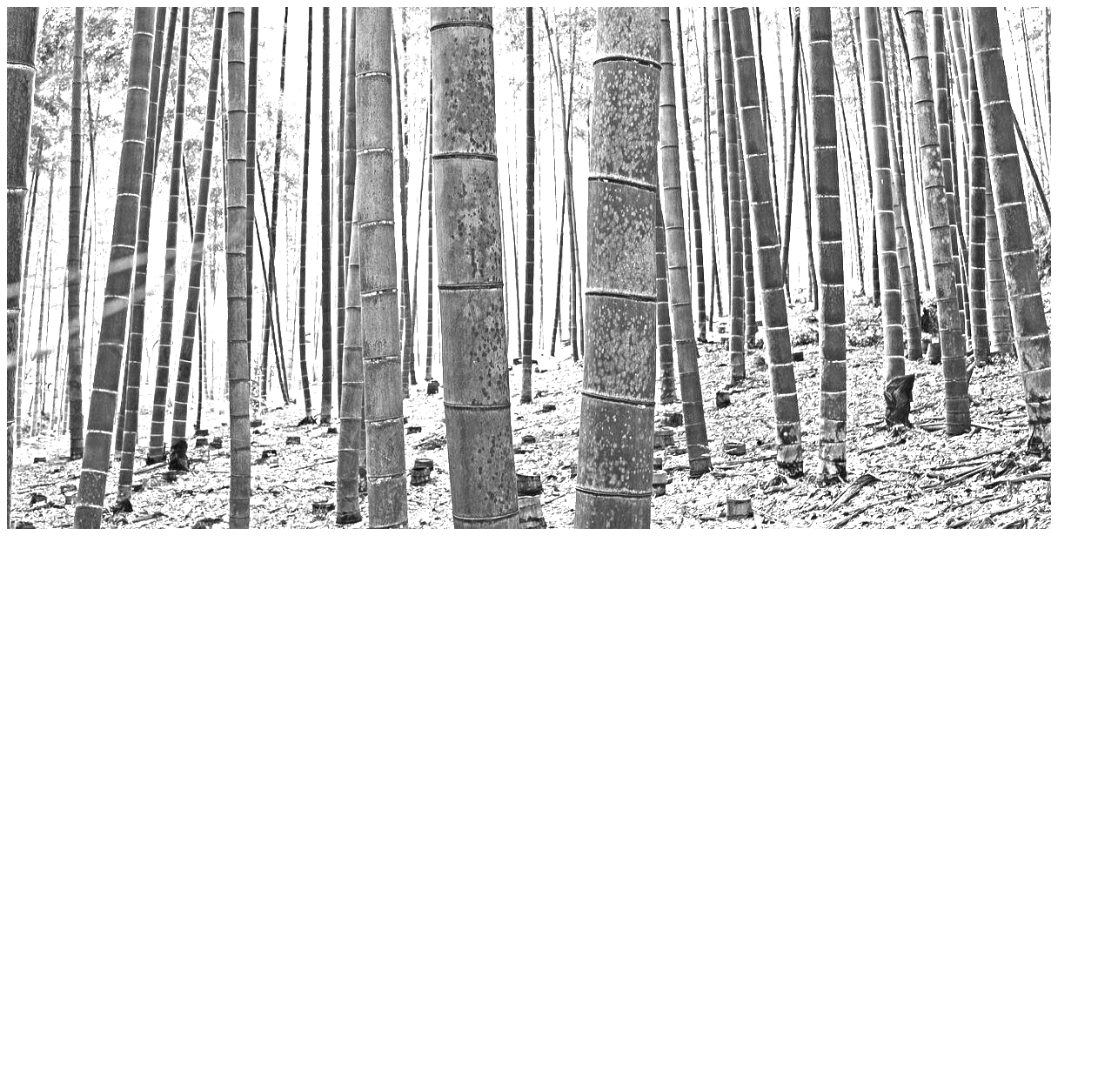
Repository: tanasa-mircea/playground
Page: canvas-filters/index.html
The author's editor kept a copy of each file at every save. The page is drawn from the files as they stood at one save, then again after the next save.
The browser window is 1280 px wide. The pictures show the whole page, at 87% of full size.

Above is the page before, as saved 2019-02-08 11:25:20.

After the next save:
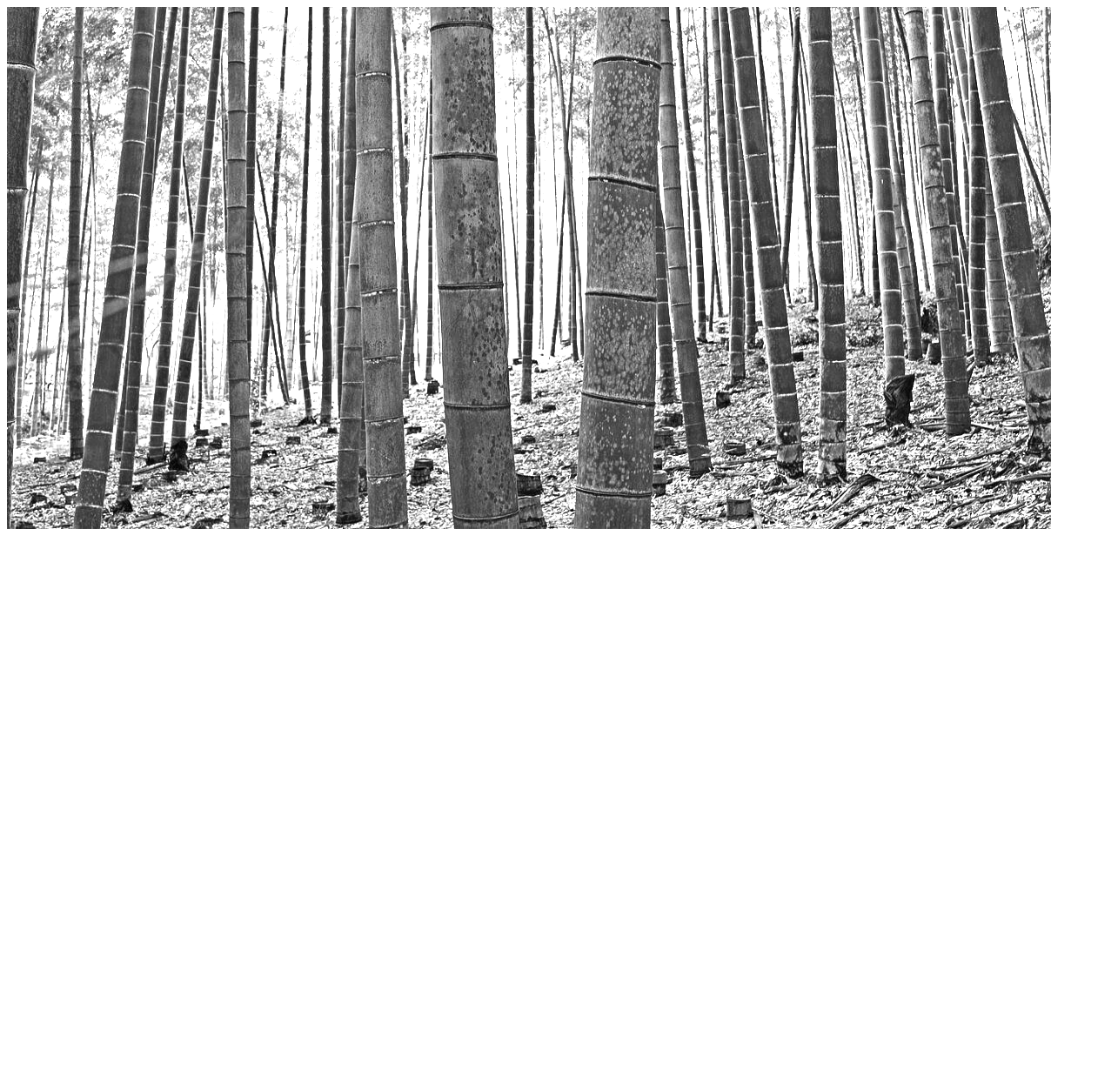
Saved 6 s later.
--- a/canvas-filters/main.js
+++ b/canvas-filters/main.js
@@ -58,7 +58,7 @@ function makeSepia(pixels) {
     var r = data[i];
     var g = data[i+1];
     var b = data[i+2];
-    var mutatedColors = 0.5*r + 1*g + 1*b;
+    var mutatedColors = 0.1*r + 1*g + 1*b;
     data[i] = data[i+1] = data[i+2] = mutatedColors
   }
   return pixels;
